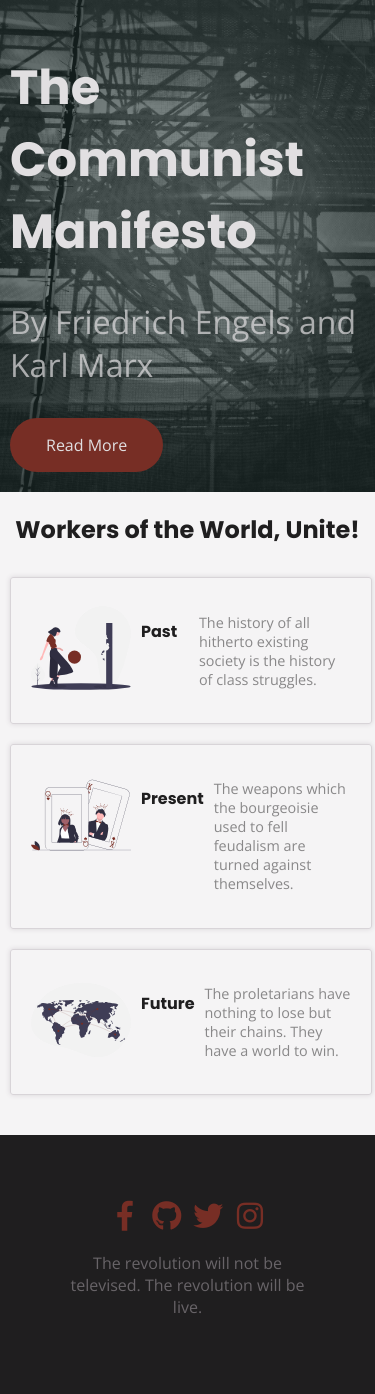
Repository: eaang/landing
Page: index.html
The author's editor kept a copy of each file at every save. The page is drawn from the files as they stood at one save, then again after the next save.
The browser window is 375 px wide. The pictures show the whole page.
Some web libraries are served in a nearby version.

Above is the page before, as saved 2020-06-10 17:19:31.

After the next save:
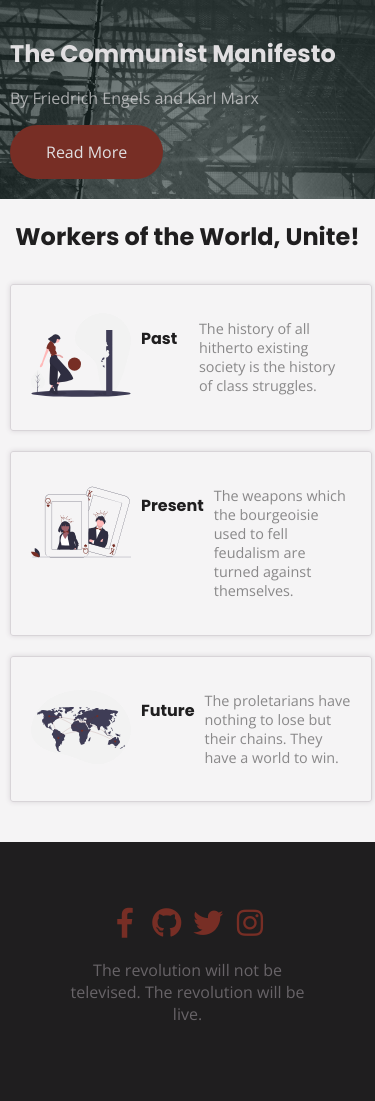
Saved 9 s later.
--- a/css/style.css
+++ b/css/style.css
@@ -160,9 +160,9 @@ a {
     padding: 20px 10px;
   }
   .banner h1 {
-    font-size: 3em
+    font-size: 1.5em
   }
   .banner p {
-    font-size: 2em
+    font-size: 1em
   }
 }
